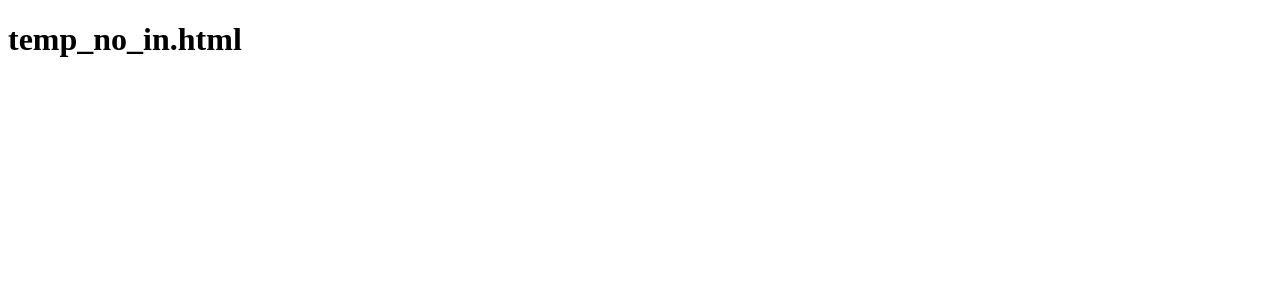
Repository: choicoding1026/Django
Page: django06_template_inheritance/myapp/templates/temp_in.html
An editor plug-in stored every save of this project. The page is shown before and after the next save, followed by the edit.
The browser window is 1280 px wide. The pictures show the whole page.

Above is the page before, as saved 2020-09-24 01:49:01.

### django06_template_inheritance/myapp/templates/temp_in.html
<!DOCTYPE html>
<html>
<head>
<meta charset="UTF-8">
<title>Insert title here</title>
</head>
<body>
<h1>temp_no_in.html</h1>
</body>
</html>

After the next save:
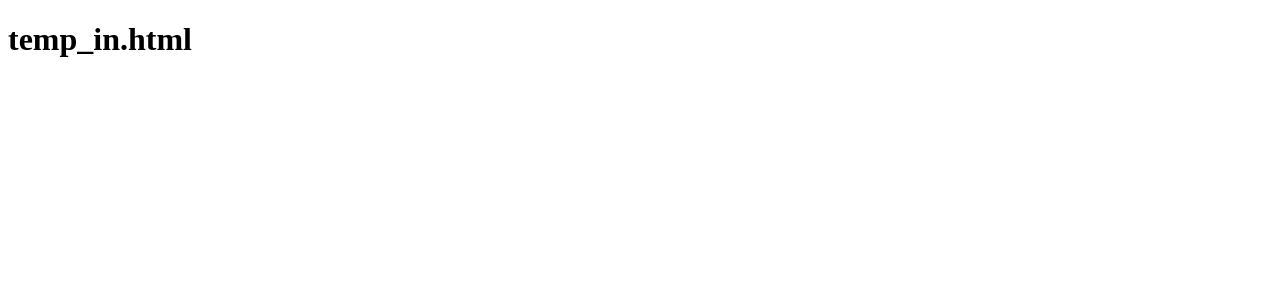
Saved 4 min 20 s later.
--- a/django06_template_inheritance/myapp/templates/temp_in.html
+++ b/django06_template_inheritance/myapp/templates/temp_in.html
@@ -5,6 +5,6 @@
 <title>Insert title here</title>
 </head>
 <body>
-<h1>temp_no_in.html</h1>
+<h1>temp_in.html</h1>
 </body>
 </html>
